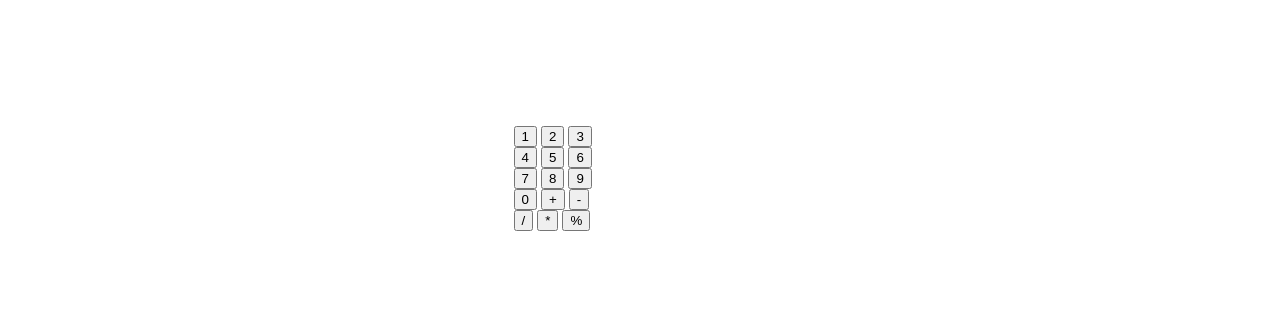
Repository: gautamsonam011/CMS
Page: http://localhost/calculator/
These files come from the project's save history. The page is drawn as it stood at one moment and after the next save; the edit follows.
The browser window is 1280 px wide. The pictures show the whole page.
The page is served by the project's application, run on Django 5.2 (manage.py). Other server files are loaded and not shown.

Above is the page before, as saved 2025-09-06 15:29:12.

### templates/calculator.html
<!DOCTYPE html>
<html lang="en">
<head>
    <meta charset="UTF-8">
    <meta name="viewport" content="width=device-width, initial-scale=1.0">
    <title>Calculator</title>
    <style>
        .cal{
            margin-top: 10%;
            margin-left: 40%;
        }
    </style>
</head>
<body>
    <form action="" method="post">
        {% csrf_token %}
        <div class="cal">
            <input type="submit" name="btn1" value="1">
            <input type="submit" name="btn2" value="2">
            <input type="submit" name="btn3" value="3">
            <br/>
            <input type="submit" name="btn4" value="4">
            <input type="submit" name="btn5" value="5">
            <input type="submit" name="btn6" value="6">
            <br/>
            <input type="submit" name="btn7" value="7">
            <input type="submit" name="btn8" value="8">
            <input type="submit" name="btn9" value="9">
            <br/>
            <input type="submit" name="btn0" value="0">
            <input type="submit" name="sum" value="+">
            <input type="submit" name="sub" value="-">
            <br/>
            <input type="submit" name="div" value="/">
            <input type="submit" name="mult" value="*">
            <input type="submit" name="mod" value="%">
        </div>

    </form>
</body>
</html>

### CMS/views.py
# Here write your logical code
# This is a business logic layer
from django.http import HttpResponse
from django.shortcuts import render

def client_request_response(request):
    return HttpResponse("<h1>Hello Django Project</h1>")

def request_add_two_numbers(request):
    return HttpResponse("<h1>Add two numbers and sum = 78 </h1>")

def request_message(request):
    return HttpResponse("<h1>'Message type content' refers to either the actual data or text within a message (the content of the message) or, in a technical context, the definition of the structure and type of data a message can hold, such as MIME message types, SAP message types, or message types in programming languages like Java. The specific meaning depends on whether you're talking about the message's substance or its programmatic definition and structure. </h1>")

def my_first_template(request):
    return render(request, 'firstfile.html')

def my_home_page(request):
    return render(request, 'home.html')

def my_about_page(request):
    if request.method == "POST":
        print(request.POST)

        name = request.POST.get("name")
        d = {
            'name': name
        }
        return render(request, "about.html", context=d)

# def my_about_page(request):
    # if request.method == "POST":
    #     print(request.POST)

    #     name = request.POST.get("name")
    #     d = {
    #         'name': name
    #     }
    #     return render(request, "about.html", context=d)

    # # Handle GET request
    # return render(request, "about.html")

def calculator_view(request):
    if request.method == "GET":
        resp = render(request, 'calculator.html')
        return resp

### CMS/urls.py

from django.contrib import admin
from django.urls import path
from . import views

urlpatterns = [
    path('admin/', admin.site.urls),
    path("client/", views.client_request_response),
    path("add/", views.request_add_two_numbers),
    path('message/', views.request_message),
    path('first/', views.my_first_template),
    path('home/', views.my_home_page),
    path('about/', views.my_about_page),
    path('calculator/', views.calculator_view),
]

After the next save:
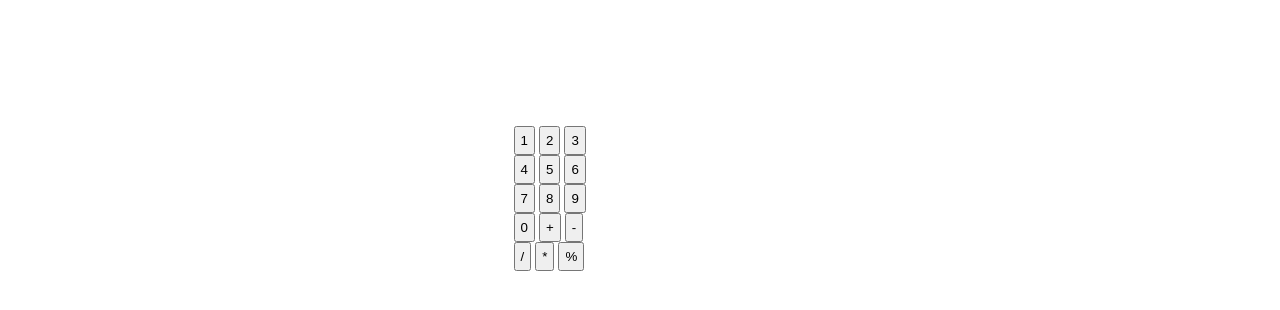
Saved 40 s later.
--- a/templates/calculator.html
+++ b/templates/calculator.html
@@ -8,6 +8,9 @@
         .cal{
             margin-top: 10%;
             margin-left: 40%;
+        }
+        .cal input{
+            padding: 5px;
         }
     </style>
 </head>
